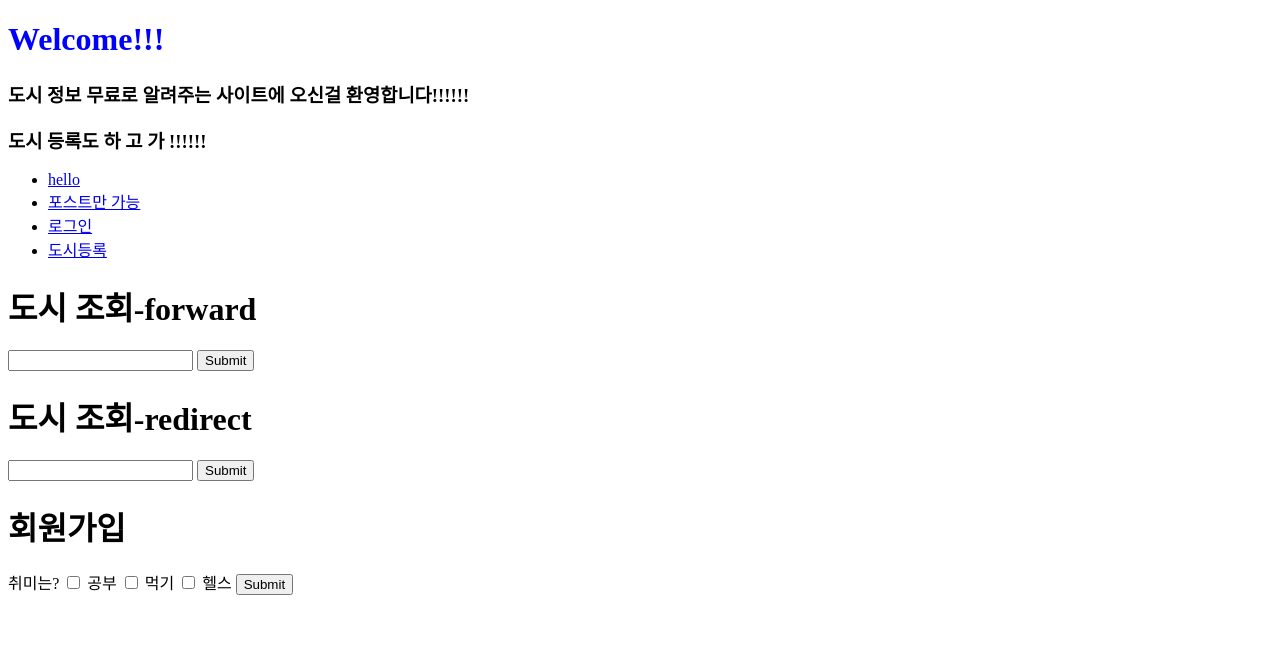
Repository: roadtofuture/woorifisa_java
Page: http://localhost/jpa_2/WEB-INF/view/index.jsp
The author's editor kept a copy of each file at every save. The page is drawn from the files as they stood at one save, then again after the next save.
The browser window is 1280 px wide. The pictures show the whole page.
The page is served by Tomcat 10. Nobody is signed in. The template is opened directly, without the code that normally fills it, so the values that code supplies are empty.

Above is the page before, as saved 2023-06-23 08:06:21.

After the next save:
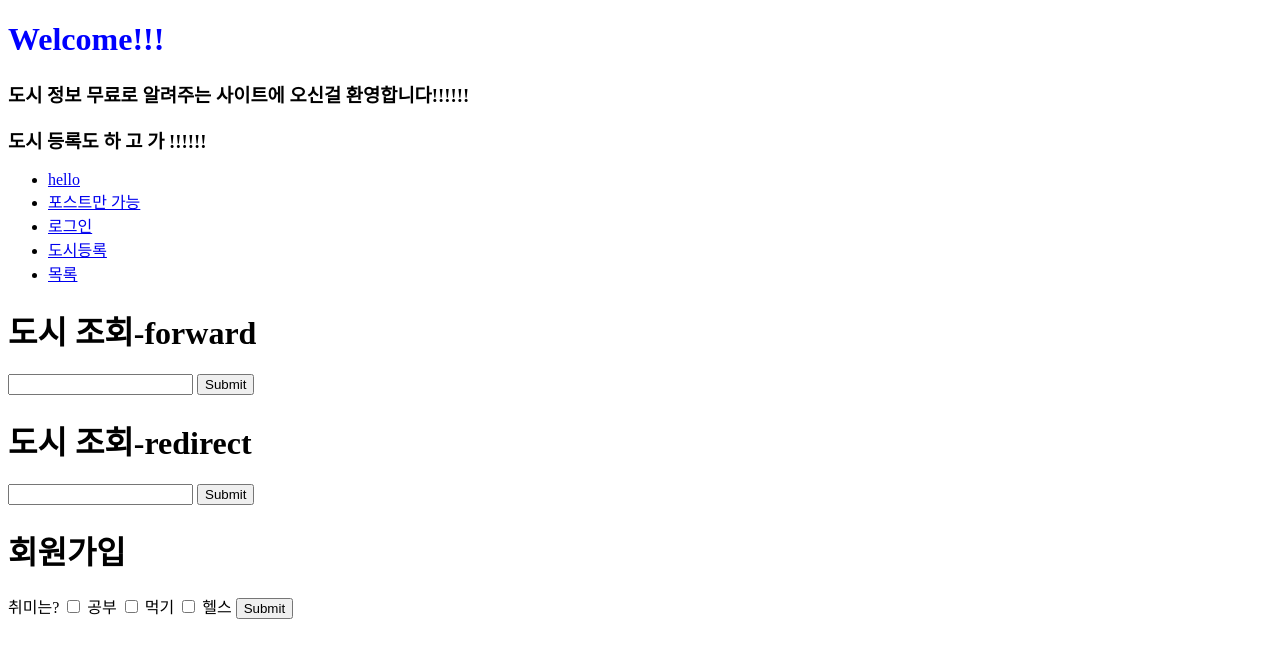
Saved 62 s later.
--- a/jpa_2/src/main/webapp/WEB-INF/view/index.jsp
+++ b/jpa_2/src/main/webapp/WEB-INF/view/index.jsp
@@ -16,6 +16,7 @@
 		<li><a href="/onlypost">포스트만 가능</a></li>
 		<li><a href="/user/login">로그인</a></li>
 		<li><a href="/city/regist">도시등록</a></li>
+		<li><a href="/city/list">목록</a></li>
 	</ul>
 
 	<h1>도시 조회-forward</h1>
